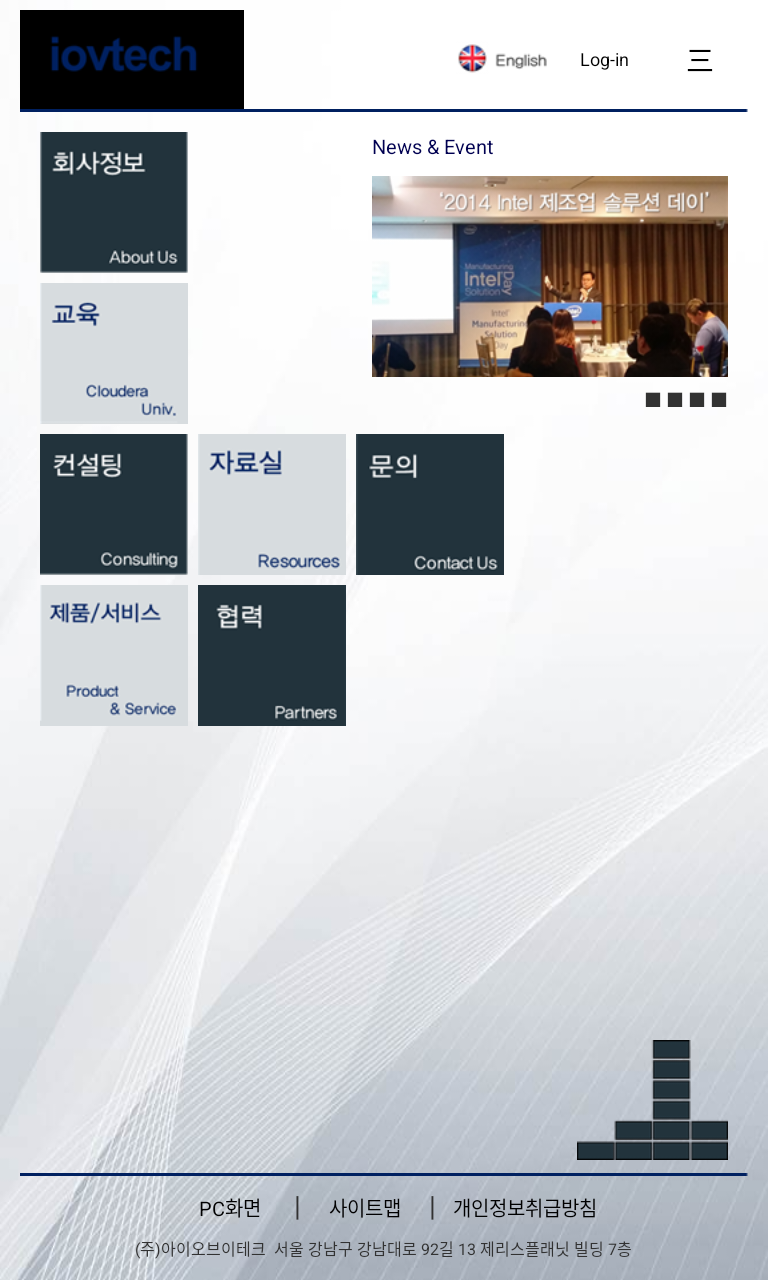
Repository: hyekkyung/CDH_Tutorials
Layout: Mobile_IOV/res/layout/m_main_kor.xml
These files come from the project's save history. The layout is drawn as it stood at one moment and after the next save; the edit follows.
It is drawn on a 768 x 1280 px phone screen (xhdpi) without system bars, with theme AppTheme; the app's code is not run.

Above is the layout before, as saved 2015-02-02 08:18:26.

### Mobile_IOV/res/layout/m_main_kor.xml
<?xml version="1.0" encoding="utf-8"?>
<RelativeLayout xmlns:android="http://schemas.android.com/apk/res/android"
    android:layout_width="match_parent"
    android:layout_height="match_parent"
    android:background="@drawable/bg_main"
    android:paddingBottom="10sp"
    android:paddingLeft="10sp"
    android:paddingRight="10sp"
    android:paddingTop="5sp" >

    <LinearLayout
        android:id="@+id/linearLayout1"
        android:layout_width="wrap_content"
        android:layout_height="wrap_content"
        android:layout_alignParentLeft="true"
        android:layout_alignParentRight="true"
        android:layout_alignParentTop="true" >

        <ImageButton
       		android:id="@+id/home_btn"
            android:background="#000000"
            android:layout_width="wrap_content"
            android:layout_height="wrap_content"
            android:src="@drawable/logo_03" />

        <ImageButton
       		android:id="@+id/kor_btn"
            style="?android:attr/buttonStyleSmall"
            android:layout_width="wrap_content"
            android:layout_height="wrap_content"
            android:background="#00000000"
            android:layout_weight="0.5"
            android:layout_marginLeft="25sp"
            android:onClick="mOnclick" />

        <ImageView
       		android:id="@+id/lang_btn"
            android:layout_width="wrap_content"
            android:layout_height="wrap_content"
            android:background="@drawable/eng_btn"
            android:paddingLeft="3sp"
            android:onClick="mOnclick"
            android:layout_gravity="center" />

        <Button
       		android:id="@+id/join_btn"
            style="?android:attr/buttonStyleSmall"
            android:layout_width="wrap_content"
            android:layout_height="wrap_content"
            android:background="#00000000"
            android:text="Log-in"
            android:textSize="9sp"
            android:layout_gravity="center" />

        <Button
       		android:id="@+id/sub_btn"
            style="?android:attr/buttonStyleSmall"
            android:layout_width="wrap_content"
            android:layout_height="wrap_content"
            android:background="#00000000"
            android:text="三"
            android:layout_gravity="center" />

    </LinearLayout>

    <ImageView
        android:id="@+id/imageView1"
        android:layout_width="wrap_content"
        android:layout_height="wrap_content"
        android:layout_below="@+id/linearLayout1"
        android:layout_centerHorizontal="true"
        android:src="@drawable/sep_line" />

    <TextView
        android:id="@+id/textView1"
        android:layout_width="wrap_content"
        android:layout_height="wrap_content"
        android:layout_alignParentBottom="true"
        android:layout_centerHorizontal="true"
        android:paddingTop="5sp"
        android:text="(주)아이오브이테크  서울 강남구 강남대로 92길 13 제리스플래닛 빌딩 7층"
        android:textSize="8sp" />

    <LinearLayout
        android:id="@+id/linearLayout2"
        android:layout_width="wrap_content"
        android:layout_height="wrap_content"
        android:layout_above="@+id/textView1"
        android:layout_centerHorizontal="true" >

        <Button
            android:id="@+id/pc_btn"
            android:layout_width="wrap_content"
            android:layout_height="20sp"
            android:background="#00000000"
            android:text=" PC화면 "
            android:textSize="10sp" />

        <TextView
            android:layout_width="wrap_content"
            android:layout_height="wrap_content"
            android:text="|"
            android:textAppearance="?android:attr/textAppearanceSmall" />

        <Button
            android:id="@+id/sitemap_btn"
            android:layout_width="wrap_content"
            android:layout_height="20sp"
            android:background="#00000000"
            android:text=" 사이트맵 "
            android:textSize="10sp" />

        <TextView
            android:layout_width="wrap_content"
            android:layout_height="wrap_content"
            android:text="| "
            android:textAppearance="?android:attr/textAppearanceSmall" />

        <Button
            android:id="@+id/personal_btn"
            android:layout_width="wrap_content"
            android:layout_height="20sp"
            android:background="#00000000"
            android:text="  개인정보취급방침 "
            android:textSize="10sp" />
    </LinearLayout>

    <ImageView
        android:id="@+id/imageView3"
        android:layout_width="wrap_content"
        android:layout_height="wrap_content"
        android:layout_above="@+id/linearLayout2"
        android:layout_alignLeft="@+id/imageView1"
        android:paddingTop="5sp"
        android:paddingBottom="5sp"
        android:src="@drawable/sep_line" />

    <RelativeLayout
        android:layout_width="wrap_content"
        android:layout_height="wrap_content"
        android:layout_alignBottom="@+id/imageView3"
        android:layout_alignParentLeft="true"
        android:layout_alignRight="@+id/imageView3"
        android:layout_below="@+id/imageView1"
        android:paddingLeft="10sp"
        android:paddingRight="10sp"
        android:paddingTop="10sp"
        android:paddingBottom="10sp" >

        <ImageButton
            android:id="@+id/event_1"
            android:layout_width="wrap_content"
            android:layout_height="wrap_content"
            android:layout_alignParentRight="true"
            android:layout_below="@+id/textView2"
            android:src="@drawable/event_1"
            android:background="#FFFFFF"
            android:paddingTop="5sp" />

        <TextView
            android:id="@+id/textView2"
            android:layout_width="wrap_content"
            android:layout_height="wrap_content"
            android:layout_alignLeft="@+id/event_1"
            android:layout_alignParentTop="true"
            android:text="News &amp; Event"
            android:textColor="#000051"
            android:textSize="10sp"
            android:paddingBottom="3sp" />

        <ImageButton
            android:id="@+id/info_btn"
            android:layout_width="wrap_content"
            android:layout_height="wrap_content"
            android:layout_alignParentLeft="true"
            android:layout_alignTop="@+id/textView2"
            android:background="#00000000"
            android:src="@drawable/icon_info" />

        <ImageButton
            android:id="@+id/edu_btn"
            android:layout_width="wrap_content"
            android:layout_height="wrap_content"
            android:layout_alignParentLeft="true"
            android:layout_below="@+id/info_btn"
            android:src="@drawable/icon_edu"
            android:background="#00000000"
            android:paddingTop="5sp" />

        <ImageButton
            android:id="@+id/consult_btn"
            android:layout_width="wrap_content"
            android:layout_height="wrap_content"
            android:layout_alignParentLeft="true"
            android:layout_below="@+id/edu_btn"
            android:src="@drawable/icon_consult"
            android:background="#00000000"
            android:paddingTop="5sp" />

        <ImageButton
            android:id="@+id/product_btn"
            android:layout_width="wrap_content"
            android:layout_height="wrap_content"
            android:layout_alignParentLeft="true"
            android:layout_below="@+id/consult_btn"
            android:src="@drawable/icon_product"
            android:background="#00000000"
            android:paddingTop="5sp" />

        <ImageButton
            android:id="@+id/ref_btn"
            android:layout_width="wrap_content"
            android:layout_height="wrap_content"
            android:layout_alignTop="@+id/consult_btn"
            android:layout_toRightOf="@+id/consult_btn"
            android:src="@drawable/icon_resource"
            android:background="#00000000"
            android:paddingTop="5sp"
            android:paddingLeft="5sp" />

        <ImageButton
            android:id="@+id/partner_btn"
            android:layout_width="wrap_content"
            android:layout_height="wrap_content"
            android:layout_alignLeft="@+id/ref_btn"
            android:layout_alignTop="@+id/product_btn"
            android:src="@drawable/icon_partner"
            android:background="#00000000"
            android:paddingTop="5sp"
            android:paddingLeft="5sp" />

        <ImageButton
            android:id="@+id/contact_btn"
            android:layout_width="wrap_content"
            android:layout_height="wrap_content"
            android:layout_alignTop="@+id/ref_btn"
            android:layout_toRightOf="@+id/ref_btn"
            android:src="@drawable/icon_contact"
            android:background="#00000000"
            android:paddingTop="5sp"
            android:paddingLeft="5sp" />

        <ImageView
            android:id="@+id/imageView2"
            android:layout_width="wrap_content"
            android:layout_height="wrap_content"
            android:layout_alignParentBottom="true"
            android:layout_alignRight="@+id/event_1"
            android:src="@drawable/logo_graph"
            android:paddingBottom="3sp" />

        <TextView
            android:id="@+id/textView3"
            android:layout_width="wrap_content"
            android:layout_height="wrap_content"
            android:layout_alignRight="@+id/event_1"
            android:layout_below="@+id/event_1"
            android:text="■"
            android:textSize="12sp"
            android:paddingTop="2sp"
            android:paddingLeft="2sp" />

        <TextView
            android:id="@+id/textView4"
            android:layout_width="wrap_content"
            android:layout_height="wrap_content"
            android:layout_below="@+id/event_1"
            android:layout_toLeftOf="@+id/textView3"
            android:text="■"
            android:textSize="12sp"
            android:paddingTop="2sp"
            android:paddingLeft="2sp" />

        <TextView
            android:id="@+id/textView5"
            android:layout_width="wrap_content"
            android:layout_height="wrap_content"
            android:layout_below="@+id/event_1"
            android:layout_toLeftOf="@+id/textView4"
            android:text="■"
            android:textSize="12sp"
            android:paddingTop="2sp"
            android:paddingLeft="2sp" />

        <TextView
            android:id="@+id/textView6"
            android:layout_width="wrap_content"
            android:layout_height="wrap_content"
            android:layout_below="@+id/event_1"
            android:layout_toLeftOf="@+id/textView5"
            android:text="■"
            android:textSize="12sp"
            android:paddingTop="2sp"
            android:paddingLeft="2sp" />

    </RelativeLayout>

</RelativeLayout>

Loaded but not shown: Mobile_IOV/res/values/styles.xml (common file); Mobile_IOV/res/values-v11/styles.xml (common file); Mobile_IOV/res/values-v14/styles.xml (common file)

After the next save:
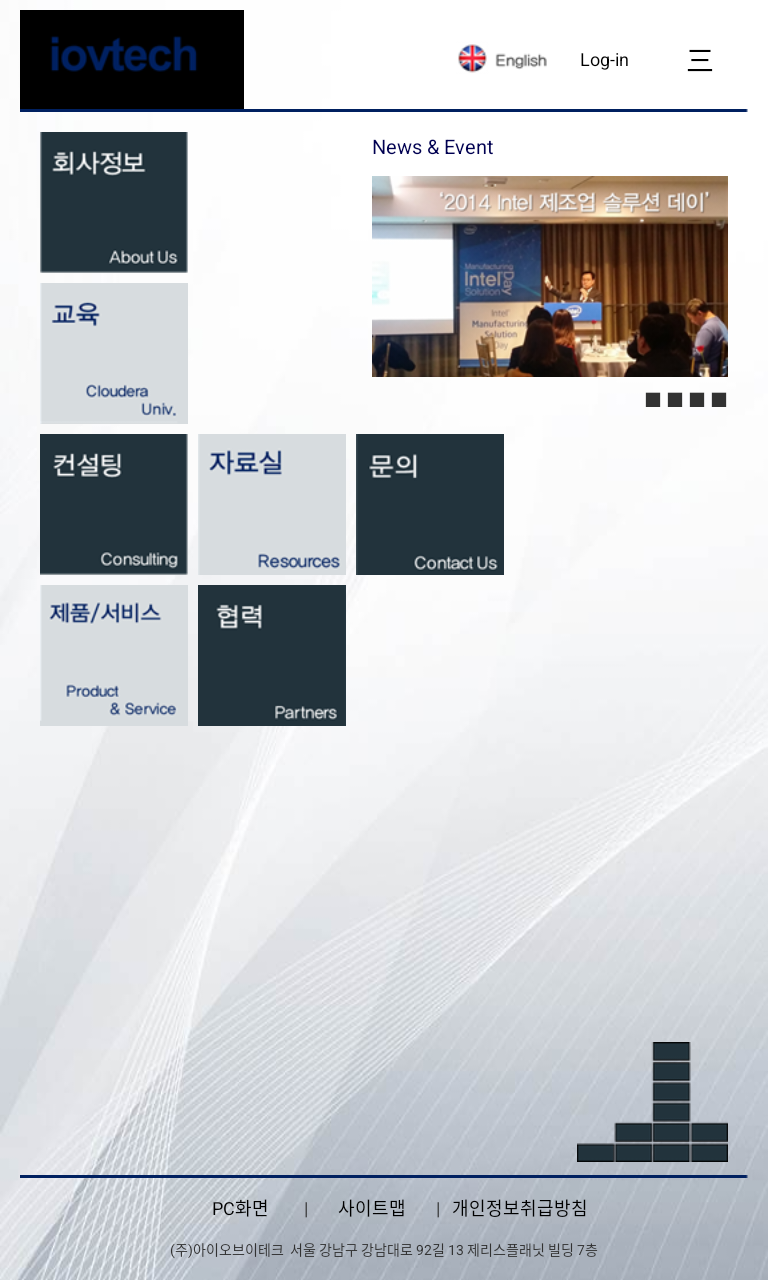
Saved 2 min 23 s later.
--- a/Mobile_IOV/res/layout/m_main_kor.xml
+++ b/Mobile_IOV/res/layout/m_main_kor.xml
@@ -79,7 +79,7 @@
         android:layout_centerHorizontal="true"
         android:paddingTop="5sp"
         android:text="(주)아이오브이테크  서울 강남구 강남대로 92길 13 제리스플래닛 빌딩 7층"
-        android:textSize="8sp" />
+        android:textSize="7sp" />
 
     <LinearLayout
         android:id="@+id/linearLayout2"
@@ -94,12 +94,13 @@
             android:layout_height="20sp"
             android:background="#00000000"
             android:text=" PC화면 "
-            android:textSize="10sp" />
+            android:textSize="9sp" />
 
         <TextView
             android:layout_width="wrap_content"
             android:layout_height="wrap_content"
             android:text="|"
+            android:textSize="9sp"
             android:textAppearance="?android:attr/textAppearanceSmall" />
 
         <Button
@@ -108,12 +109,13 @@
             android:layout_height="20sp"
             android:background="#00000000"
             android:text=" 사이트맵 "
-            android:textSize="10sp" />
+            android:textSize="9sp" />
 
         <TextView
             android:layout_width="wrap_content"
             android:layout_height="wrap_content"
             android:text="| "
+            android:textSize="9sp"
             android:textAppearance="?android:attr/textAppearanceSmall" />
 
         <Button
@@ -122,7 +124,7 @@
             android:layout_height="20sp"
             android:background="#00000000"
             android:text="  개인정보취급방침 "
-            android:textSize="10sp" />
+            android:textSize="9sp" />
     </LinearLayout>
 
     <ImageView
